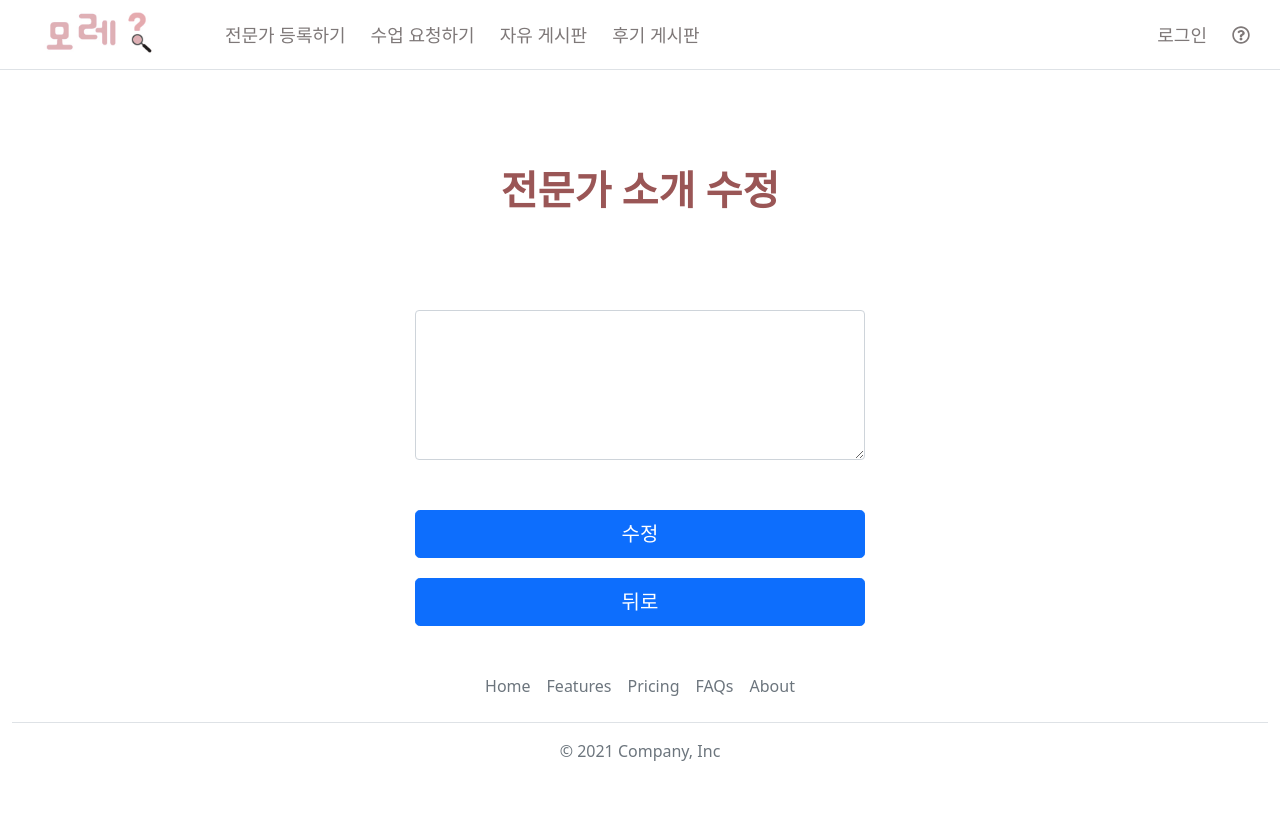
Repository: isssson/MVC2_more
Page: http://localhost/more/WEB-INF/views/expert/expertIntroForm.jsp
The author's editor kept a copy of each file at every save. The page is drawn from the files as they stood at one save, then again after the next save.
The browser window is 1280 px wide. The pictures show the whole page.
Some web libraries are served in a nearby version. The page is served by Tomcat 9. Nobody is signed in. Other server files are loaded and not shown. The template is opened directly, without the code that normally fills it, so the values that code supplies are empty.

Above is the page before, as saved 2021-12-08 02:56:47.

### more/src/main/webapp/WEB-INF/views/expert/expertIntroForm.jsp
<%@ page language="java" contentType="text/html; charset=UTF-8"
    pageEncoding="UTF-8"%>
<!DOCTYPE html>
<html>
<head>
<meta charset="UTF-8">
<link href="resources/css/bootstrap.min.css" rel="stylesheet">
<link href="resources/css/expert/expertUpdate.css" rel="stylesheet">
<style>
   .container {
     width: 500px;
     margin-top: 50px;
   }
   .mb-2 input {
     width: 450px;
   }
   .mb-2 textarea {
     width: 450px;
     height: 150px;
     padding: 10px;
     margin: 0 auto;
   }
   #texta{
   	text-align: center;
   }
</style>
<title>모래-전문가수정</title>
</head>
<body>
<%@ include file="/WEB-INF/views/header.jsp" %>
<div class="container">
  <div class="col-md-12 order-md-1">
      <h3>전문가 소개 수정</h3>
      <form name="expertIntroForm" action="expertIntro.do?id=${sessionScope.sessionId}" method="post" id="texta">
        <div class="mb-2">
            <textarea class="form-control" name="intro">${dto.intro}</textarea>
        </div>
        <div style="margin-top: 50px;">
           <button class="btn btn-lg btn-primary" type="submit" style="width: 450px; margin-bottom:20px;" >수정</button>
           <button class="btn btn-lg btn-primary" type="button" style="width: 450px;" onclick="location.href='expertProfile.do?id=${sessionScope.sessionId}'">뒤로</button>
        </div>
     </form>
  </div>
</div>
<%@ include file="/WEB-INF/views/footer.jsp" %>
</body>
</html>

### more/src/main/webapp/WEB-INF/views/header.jsp
<%@ page language="java" contentType="text/html; charset=UTF-8"
    pageEncoding="UTF-8"%>
<%@ taglib prefix="c" uri="http://java.sun.com/jsp/jstl/core" %>
<script src="https://use.fontawesome.com/releases/v5.2.0/js/all.js"></script>
<link href="resources/css/header.css" rel="stylesheet">
<!-- ---------------------비회원  -->
<c:if test="${sessionScope.sessionStatus == null }">
	<header>
    <div id="headerContainer">
        <a href="index.do"><img src="resources/img/more_logo.jpg" alt="logo" style="padding: 10px"></a>
        <div id="menubar">
          <div id="leftMenu">
            <div><a href="regist1.do">전문가 등록하기</a></div>
            <div><a href="lessonList.do">수업 요청하기</a></div>
            <div><a href="bbsList.do">자유 게시판</a></div>
            <div><a href="reviewList.do">후기 게시판</a></div>
          </div>
          <div id="rightMenu">
               <div><a href="login.do">로그인</a></div>
               <div><a href="#"><i class="far fa-question-circle"></i></a></div>
          </div>
        </div>
      </div>
	</header>
</c:if>
<!----------------------기본(의뢰인) 로그인중-->
<c:if test="${sessionScope.sessionStatus == 1 }">
	<header>
     <div id="headerContainer">
        <a href="index.do"><img src="resources/img/more_logo.jpg" alt="logo" style="padding: 10px"></a>
        <div id="menubar">
          <div id="leftMenu">
            <div id="client" onmouseover="show()" onmouseout="hide()">
               <a href="#">레슨</a>
              </div>
            <div id="joinExpert">
               <a href="regist1.do">전문가 등록하기</a>
             </div>
            <div><a href="bbsList.do">자유 게시판</a></div>
            <div><a href="reviewList.do">후기 게시판</a></div>
          </div>
          <div id="rightMenu">
            <div>${sessionScope.sessionName }님</div>
            <div><a href=""><i class="far fa-bell fa-1x"></i></a></div>
            <div><a href="setting.do"><i class="far fa-user fa-1x"></i></a></div>
            <div><a href="#"><i class="far fa-question-circle"></i></a></div>
          </div>
        </div>
      </div>
      <div id="hiddenHeaderContainer" onmouseover="show()" onmouseout="hide()">
        <div class="hiddenItem">
          <div class="Item"><a href="suggestList.do">레슨 목록</a></div>
          <div class="Item"><a href="lessonList.do">레슨 요청하기</a></div>
          <div class="Item"><a href="sentRequest.do?id=${sessionScope.sessionId}">보낸 요청</a></div>
          <div class="Item"><a href="#">받은 제안</a></div>
        </div>
      </div>
	</header>
</c:if>
<!-- -----------------------전문가 로그인중 -->
<c:if test="${sessionScope.sessionStatus == 2 }">
	<header>
     <div id="headerContainer">
       <a href="index.do"><img src="resources/img/more_logo.jpg" alt="logo" style="padding: 10px"></a>
       <div id="menubar">
         <div id="leftMenu">
           <div id="client" onmouseover="show()" onmouseout="hide()">
              <a href="#">레슨</a>
             </div>
           <div><a href="bbsList.do">자유 게시판</a></div>
           <div><a href="reviewList.do">후기 게시판</a></div>
         </div>
         <div id="rightMenu">
           <div id="client" onmouseover="show()" onmouseout="hide()">
               <div><a href="">10000 <i class="fas fa-coins fa-1x"></i></a></div>
             </div>
           <div>${sessionScope.sessionName }님</div>
              <div><a href=""><i class="far fa-bell fa-1x"></i></a></div>
           <div><a href="setting.do"><i class="far fa-user fa-1x"></i></a></div>
           <div><a href="#"><i class="far fa-question-circle"></i></a></div>
         </div>
       </div>
     </div>
     <div id="hiddenHeaderContainer" onmouseover="show()" onmouseout="hide()">
       <div class="hiddenItem">
       	 <div class="Item"><a href="requestList.do">레슨 목록</a></div>
       	 <div class="Item"><a href="suggest.do">레슨 제안하기</a></div>
         <div class="Item"><a href="#">보낸 제안</a></div>
		 <div class="Item"><a href="#">레슨 내역</a></div>
       </div>
     </div>
	</header>
</c:if>
   <script>
       function show(){
         document.getElementById('hiddenHeaderContainer').style.display='block';
       }
       function hide(){
         document.getElementById('hiddenHeaderContainer').style.display='none';
       }
  </script>

### more/src/main/webapp/WEB-INF/views/footer.jsp
<%@ page language="java" contentType="text/html; charset=UTF-8"
    pageEncoding="UTF-8"%>
<link href="resources/css/footer.css" rel="stylesheet">
<div class="container-fluid">
  <footer class="py-3 my-4">
    <ul class="nav justify-content-center border-bottom pb-3 mb-3">
      <li class="nav-item"><a href="#" class="nav-link px-2 text-muted">Home</a></li>
      <li class="nav-item"><a href="#" class="nav-link px-2 text-muted">Features</a></li>
      <li class="nav-item"><a href="#" class="nav-link px-2 text-muted">Pricing</a></li>
      <li class="nav-item"><a href="#" class="nav-link px-2 text-muted">FAQs</a></li>
      <li class="nav-item"><a href="#" class="nav-link px-2 text-muted">About</a></li>
    </ul>
    <p class="text-center text-muted">&copy; 2021 Company, Inc</p>
  </footer>
</div>

<div class="b-example-divider"></div>

### more/src/main/webapp/resources/css/expert/expertUpdate.css
@charset "UTF-8";

h3 {
    height: 80px;
    line-height: 80px;
    font-size: 40px;
    font-weight: bold;
    text-align: center;
    margin: 80px auto;
    color: #9a5656;
}

.updateBt{
   width:450px;
   height:200px;
   text-align:center;
   margin:0 auto;
   display:flex;
   flex-direction:column;
   justify-content: center;
}

.subject{
	font-size:25px;
	color:#ff9797;
	text-align: center;
	font-weight: bold;
}

.content{
	text-align:center;
     margin-top: 50px;
}
select{
	font-size:26px;
}

### more/src/main/webapp/resources/css/header.css
@charset "UTF-8";
a{
    text-decoration:none;
    color:rgb(26, 25, 25);
}
a:hover{
    color:rgb(26, 25, 25);
}
svg{
    color: #7e7878;
}
svg:hover{
    color: #424040;
    cursor: pointer;
}
#headerContainer{
    width:100%;
    height:70px;
    margin: 0 auto;
    display: flex;
    flex-direction: row;
    border-bottom:1px solid #dee2e6;
}
#headerContainer img{
    width: 200px;
    height: 65px;
    object-fit: cover;
}
#headerContainer #menubar{
    width:100%;
    height: 70px;
    display: flex;
    flex-direction: row;
    justify-content: space-between;
}
#headerContainer #menubar div a{
    font-size: 18px;
    color: #7e7878;
}
#headerContainer #menubar a:hover{
    color: #424040;
    font-weight: bold;
}
#menubar #leftMenu{
    display: flex;
}
#menubar #rightMenu{
    display: flex;
    margin-right: 30px;
}
#menubar #leftMenu div, #menubar #rightMenu div{
    font-size: 18px;
    line-height: 70px;
    margin-left: 25px;
}
#hiddenHeaderContainer{
    position: absolute;
    display: none;
    z-index: 1;
    width:100%;
    height:70px;
    left:50%;
    border-top:1px solid rgb(187, 183, 183);
    border-bottom:1px solid rgb(187, 183, 183);
    transform: translate(-50%);
    background-color: white;
}
#hiddenHeaderContainer .hiddenItem{

    width:100%;
    height:70px;
    margin-left: 170px;
    display: flex;
}
#hiddenHeaderContainer .hiddenItem .Item a{
    font-size: 18px;
    line-height: 70px;
    margin-left: 50px;
    color: #7e7878;
}
#hiddenHeaderContainer .hiddenItem .Item a:hover{
    color: #424040;
    font-weight: bold;
}

### more/src/main/webapp/resources/css/footer.css
@charset "UTF-8";
li {
	border-top: none;
}

Loaded but not shown: more/src/main/webapp/resources/css/bootstrap.min.css (library)

After the next save:
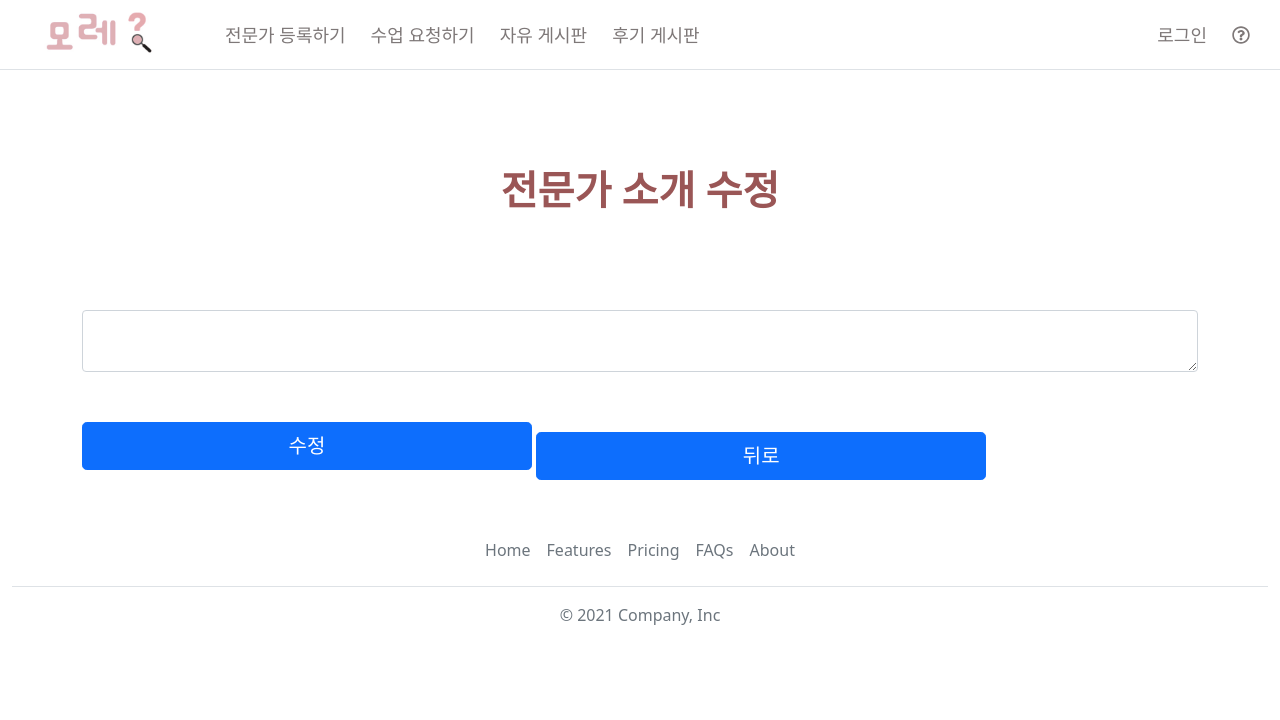
Saved 36 s later.
--- a/more/src/main/webapp/WEB-INF/views/expert/expertIntroForm.jsp
+++ b/more/src/main/webapp/WEB-INF/views/expert/expertIntroForm.jsp
@@ -7,7 +7,7 @@
 <link href="resources/css/bootstrap.min.css" rel="stylesheet">
 <link href="resources/css/expert/expertUpdate.css" rel="stylesheet">
 <style>
-   .container {
+/*    .container {
      width: 500px;
      margin-top: 50px;
    }
@@ -22,7 +22,7 @@
    }
    #texta{
    	text-align: center;
-   }
+   } */
 </style>
 <title>모래-전문가수정</title>
 </head>

After the save that followed:
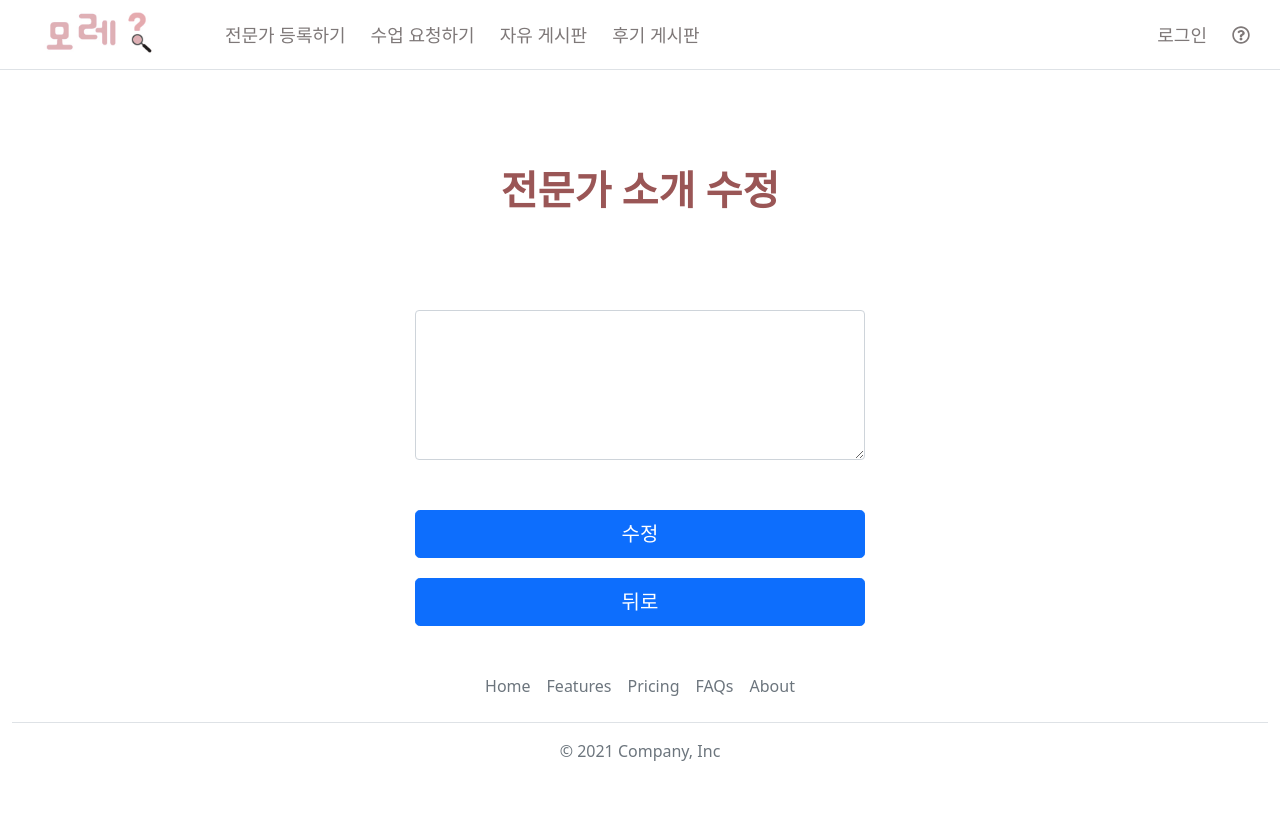
Saved 7 s later.
--- a/more/src/main/webapp/WEB-INF/views/expert/expertIntroForm.jsp
+++ b/more/src/main/webapp/WEB-INF/views/expert/expertIntroForm.jsp
@@ -7,7 +7,7 @@
 <link href="resources/css/bootstrap.min.css" rel="stylesheet">
 <link href="resources/css/expert/expertUpdate.css" rel="stylesheet">
 <style>
-/*    .container {
+   .container {
      width: 500px;
      margin-top: 50px;
    }
@@ -22,7 +22,7 @@
    }
    #texta{
    	text-align: center;
-   } */
+   }
 </style>
 <title>모래-전문가수정</title>
 </head>
